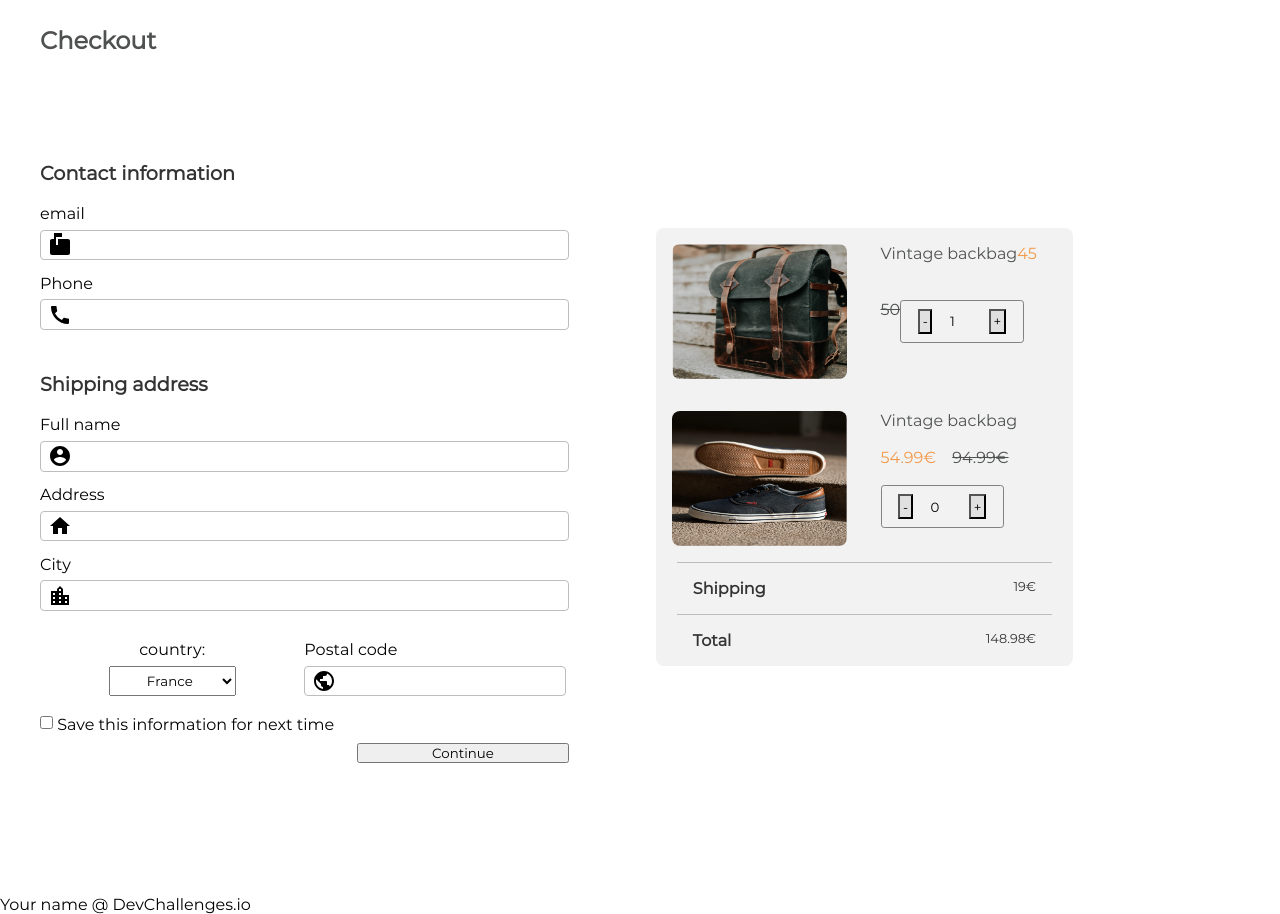
Repository: dubar-jeremy/checkout-page-master
Page: index.html
An editor plug-in stored every save of this project. The page is shown before and after the next save, followed by the edit.
The browser window is 1280 px wide. The pictures show the whole page.
The style sheet was rebuilt from its Sass, Less or Tailwind sources for each picture, by a compiler version that may differ from the author's.

Above is the page before, as saved 2021-02-06 00:25:46.

### index.html
<!doctype html>
<html lang="fr">
<head>
  <meta charset="UTF-8">
  <meta name="viewport"
        content="width=device-width, user-scalable=no, initial-scale=1.0, maximum-scale=1.0, minimum-scale=1.0">
  <meta http-equiv="X-UA-Compatible" content="ie=edge">
  <link rel="stylesheet" href="style/style.css">
  <link href="https://fonts.googleapis.com/icon?family=Material+Icons"
        rel="stylesheet">
  <title>Document</title>
  <script src="js/form.js" type="text/javascript"></script>
</head>
<body>

<main>
  <div class="grid-container">
    <h1>Checkout</h1>
    <form>
      <h2>Contact information</h2>
      <div>
      <label for="email">email</label>
      <input class="email" type="email" name="email" id="email">
      <span class="invalid valid" id="email">E-mail invalide</span>
      </div>

      <div>
      <label for="tel">Phone</label>
      <input class="tel" type="tel" name="tel" id="tel">
      <span class="invalid">Numéro inccorect</span>
      </div>

      <h2>Shipping address</h2>

      <div>
      <label for="name">Full name</label>
      <input class="name" type="text" name="name" id="name">
      <span class="invalid">Champ obligatoire</span>
      </div>

      <div>
      <label for="address">Address</label>
      <input class="address" type="text" name="address" id="address">
      <span class="invalid">Champ obligatoire</span>
      </div>

      <div>
      <label for="city">City</label>
      <input class="city" type="text" name="city" id="city">
      <span class="invalid">Champ obligatoire</span>
      </div>


      <div class="form-btn">
        <div class="select-country">
          <label for="country">country:</label>
          <select id="country">
            <option value="france">France</option>
            <option value="england">Angleterre</option>
            <option value="spain">Espagne</option>
          </select>
          <span class="invalid">Champ obligatoire</span>
        </div>
        <div class="input-postal-code">
          <label for="postalCode">Postal code</label>
          <input class="postal-code" type="text" name="postalCode" id="postalCode">
          <span class="invalid">Champ obligatoire</span>
        </div>
      </div>

      <div>
        <input type="checkbox">
        <label>Save this information for next time</label>
      </div>
      <button type="submit">Continue</button>
    </form>
    <div class="checkout-container">
      <div class="inner-block">
        <img src="img/photo1.png">
        <div class="details-article">
          <h2>Vintage backbag</h2>
          <span class="new-price">54.99€</span>
          <span class="old-price">94.99€</span>
          <div class="click">
            <button class="nbr-article minus btn">-</button>
            <input type="text" value="0" class="nbr-value quantity">
            <button class="nbr-article plus btn">+</button>
          </div>
        </div>
        <img src="img/photo2.png">
        <div class="details-article">
          <h2>Vintage backbag</h2>
          <span class="new-price">54.99€</span>
          <span class="old-price">94.99€</span>
          <div class="click">
            <button class="nbr-article plus btn">-</button>
            <input type="text" value="0" class="nbr-value">
            <button class="nbr-article minus btn">+</button>
          </div>
        </div>
      </div>
      <div class="price-part">
        <p>Shipping</p>
        <p>19€</p>
      </div>
      <div class="price-part">
        <p>Total</p>
        <p>148.98€</p>
      </div>
      <div>
      </div>
    </div>
</main>
<footer>
  <p>Your name @ DevChallenges.io</p>
</footer>
</body>
</html>

### js/form.js
window.onload = function () {
  const plus = document
    .querySelector(".plus")
    .addEventListener("click", increase);
  const minus = document
    .querySelector(".minus")
    .addEventListener("click", decrease);

  let i = 0;
  let initialPrice = 50;
  let priceAfterDiscount = increase();

  function increase() {
    // price * 10 / 100 = 10% reduce
    i++;

    let items = (document.querySelector(".nbr-value").value = i);
    let qty = parseInt(items);
    let newPrice = initialPrice * qty;
    let priceBeforeDiscount = newPrice;
    document.querySelector(".old-price").innerHTML = priceBeforeDiscount;
    newPrice -= (newPrice * 10) / 100;
    let priceAfterDiscount = newPrice;
    document.querySelector(".new-price").innerHTML = priceAfterDiscount;
    return priceAfterDiscount;
  }

  function decrease() {
    if (i >= 1) {
      i--;
      let items = (document.querySelector(".nbr-value").value = i);
      let qty = parseInt(items);
      let newPrice = initialPrice * qty;
      document.querySelector(".new-price").innerHTML = newPrice;
      let oldPrice = qty * priceAfterDiscount;
      document.querySelector(".old-price").innerHTML = oldPrice;
      console.log(oldPrice);
    }
  }
};

### style/style.scss
/*
Colors, fonts & reset
*/

$main-title: #4e5150;
$sub-title: #333333;
$btn-price: #f2994a;

$form-title: #4f4f4f;
$form-placeholder: #828282;

$background-nbr-article: #e0e0e0;

$background-price: #f2f2f2;

@font-face {
  font-family: "Montserrat";
  src: url("/fonts/Montserrat/Montserrat-Regular.ttf") format("truetype");
}

* {
  margin: 0;
  padding: 0;
  box-sizing: border-box;
  font-family: "Montserrat", sans-serif;
}
body {
  height: 100vh;
}
/*
  Main area
*/

.grid-container {
  display: grid;
  grid-template-columns: 1fr;
  margin: 1em;
  grid-gap: 2em;
  max-width: 1200px;
  margin: 0 auto;
  place-items: center;

  h1 {
    display: inline;
    grid-row: 1 / 2;
    color: $main-title;
    font-size: 1.5em;
    margin-bottom: 0.8em;
    text-align: center;
  }
}

form {
  display: flex;
  flex-direction: column;

  h2 {
    color: $sub-title;
    font-size: 1.2em;
    margin-top: 1.5em;
    margin-bottom: 1em;
  }

  input {
    width: 100%;
    margin-bottom: 1em;
    margin-top: 0.5em;
  }

  input[type="checkbox"] {
    width: inherit;
  }

  @mixin iconStyle {
    background-color: transparent;
    background-repeat: no-repeat;
    background-position: 0.5em center;
    padding-left: 2.5em;
    height: 2.3em;
    border: 0.09em solid #bdbdbd;
    border-radius: 0.3em;
  }

  .email {
    @include iconStyle;
    background-image: url("../icons/markunread_mailbox-24px.svg");
  }
  .tel {
    @include iconStyle;
    background-image: url("../icons/call-24px.svg");
  }
  .name {
    @include iconStyle;
    background-image: url("../icons/account_circle-24px.svg");
  }
  .address {
    @include iconStyle;
    background-image: url("../icons/home-24px.svg");
  }
  .city {
    @include iconStyle;
    background-image: url("../icons/location_city-24px.svg");
  }
  .postal-code {
    @include iconStyle;
    width: 99%;
    background-image: url("../icons/public-24px.svg");
  }

  .form-btn {
    width: 100%;
    display: flex;
    justify-content: space-between;
    margin-top: 1em;
    flex-wrap: wrap;
    align-items: center;

    .select-country {
      flex-basis: 50%;
      display: flex;
      flex-wrap: wrap;
      justify-content: center;

      label {
        width: 100%;
        text-align: center;
      }

      select {
        height: 2.3em;
        padding-left: 2.5em;
        margin-bottom: 1em;
        margin-top: 0.5em;
      }
    }

    .input-postal-code {
      flex-basis: 50%;
    }
  }

  button {
    width: 40%;
    align-self: end;
  }
}

.checkout-container {
  grid-row: 2 / 3;
  background: $background-price;
  border-radius: 0.5em;
}

.inner-block {
  display: grid;
  grid-template-columns: 1fr 1fr;
  grid-gap: 2em;
  max-width: 385px;
  max-height: 535px;
  margin: 1em;

  h2 {
    color: $main-title;
    display: inline;
    font-size: 1em;
    font-weight: normal;
  }

  img {
    width: 100%;
    max-width: 175px;
    max-height: 135px;
    border-radius: 0.5em;
  }

  .details-article {
    display: flex;
    flex-wrap: wrap;

    .new-price {
      color: $btn-price;
      margin-right: 1em;
    }

    .old-price {
      color: $main-title;
      text-decoration: line-through;
    }

    .click {
      display: flex;
      justify-content: space-around;
      width: 70%;
      height: min-content;
      background: transparent;
      border: 0.1em solid $form-placeholder;
      border-radius: 0.2em;
      padding: 0.5em;

      input {
        background: transparent;
        width: 20%;
        border: none;
      }

      .nbr-article {
        background: $background-nbr-article;
        padding: 0.2em;
      }
    }
  }
}

.price-part {
  display: flex;
  justify-content: space-between;
  width: 90%;
  margin: 0 auto;
  padding: 1em;
  border-top: 1px solid #bdbdbd;
  color: #333333;

  p:nth-child(1) {
    color: $sub-title;
    font-weight: bold;
  }

  p:nth-child(2) {
    font-size: 0.8em;
  }
}

.invalid {
  display: none;
  color: red;
}

.valid {
  color: green;
}

@media screen AND (min-width: 900px) {
  .grid-container {
    grid-template-columns: 1fr 1fr;
    grid-template-rows: 100px auto 100px;
    justify-items: start;
  }

  h1 {
    grid-row: 1 / 2;
    grid-column: 1 / -1;
  }

  .checkout-container {
    grid-row: 2 / 3;
    grid-column: 2 / 3;
  }
  .form {
    grid-row: 2 / 3;
    grid-column: 1 / 2;
  }

  footer {
    grid-row: 2 / 3;
    grid-column: 1 / -1;
  }
}

After the next save:
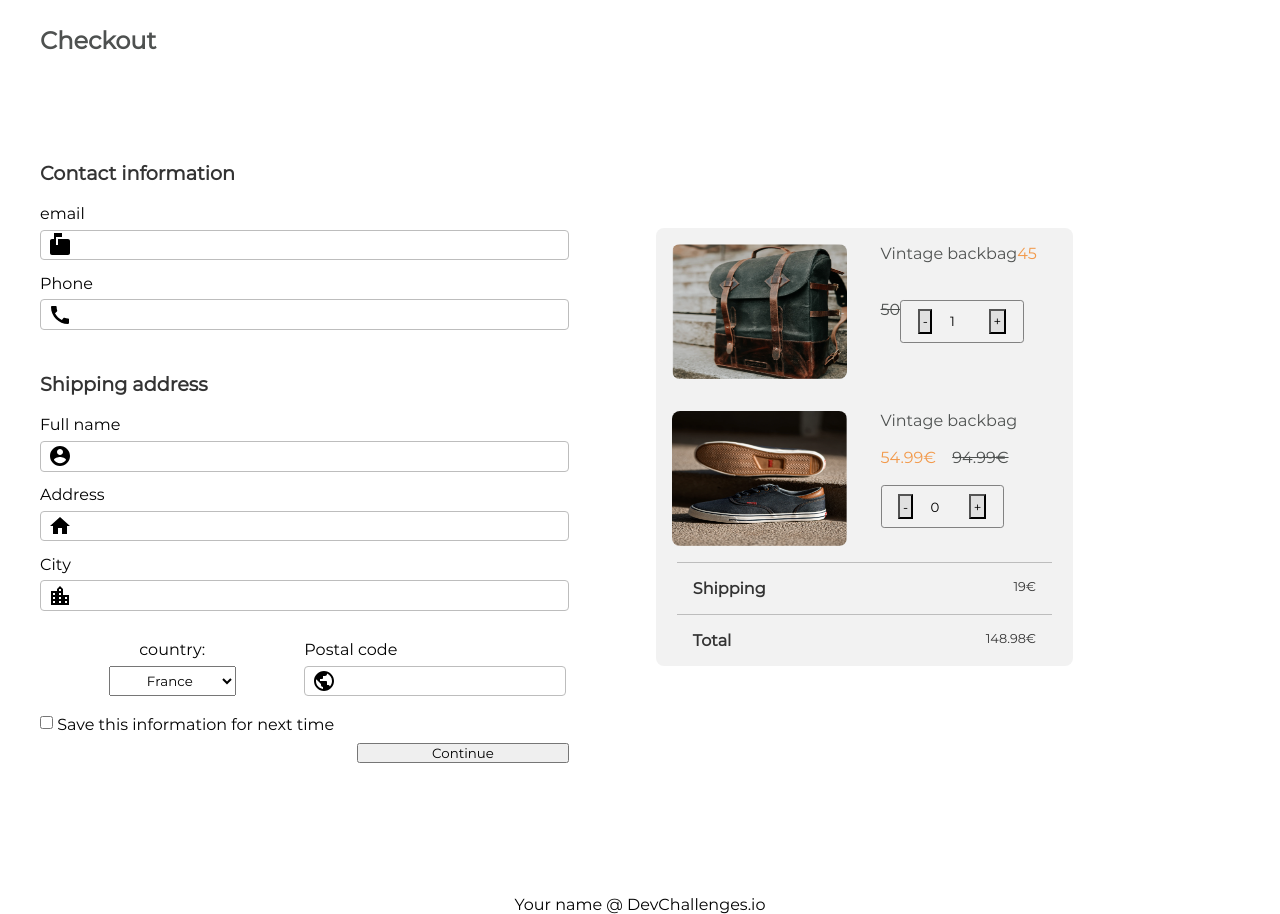
Saved 41 s later.
--- a/style/style.scss
+++ b/style/style.scss
@@ -261,7 +261,6 @@ form {
   }
 
   footer {
-    grid-row: 2 / 3;
-    grid-column: 1 / -1;
-  }
-}
+    text-align: center;
+  }
+}
